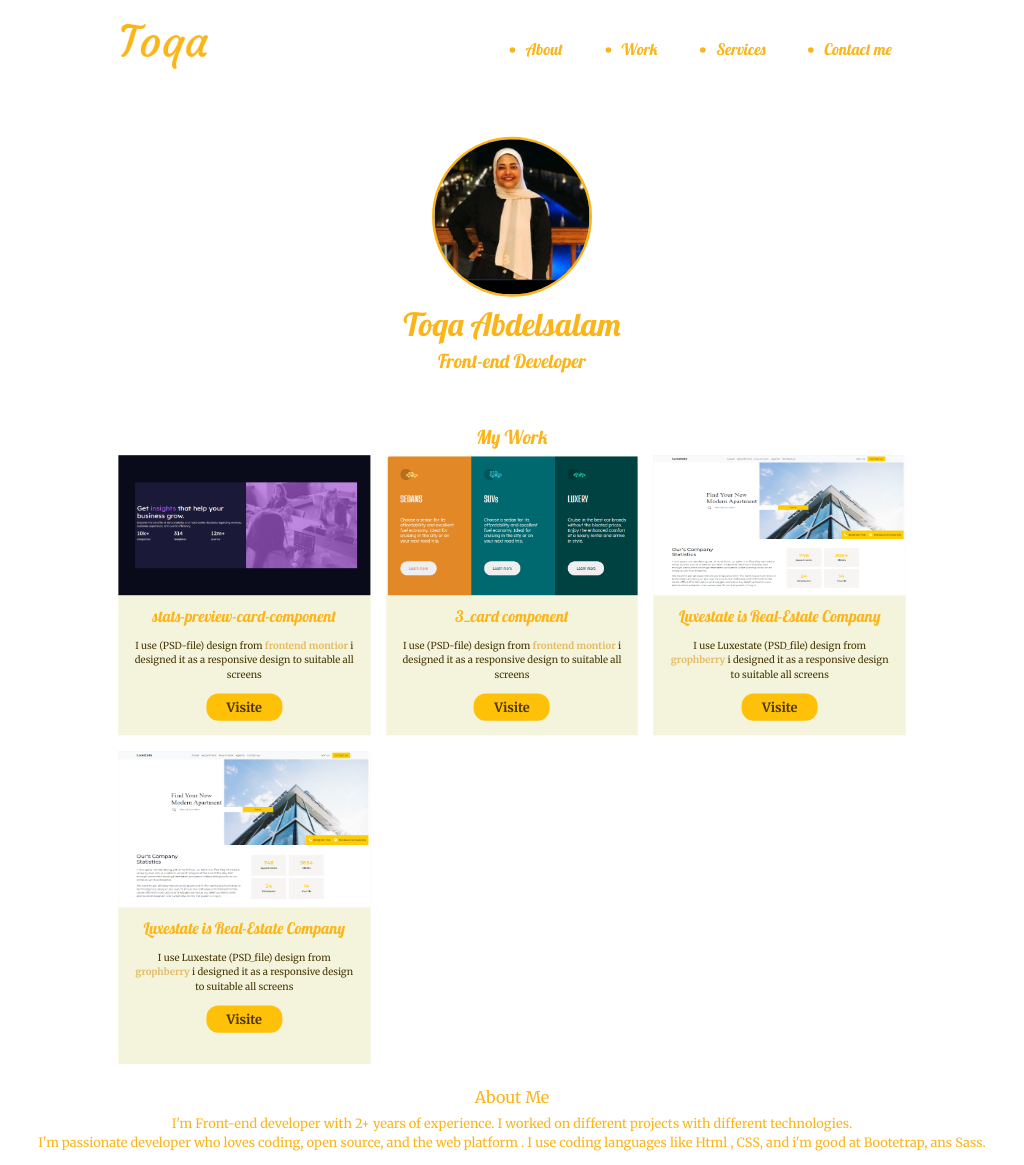
Repository: Toqa-25/portfolio
Page: index.html
The author's editor kept a copy of each file at every save. The page is drawn from the files as they stood at one save, then again after a run of saves.
The browser window is 1280 px wide. The pictures show the whole page, at 80% of full size.
Some web fonts or font styles are not loaded; a fallback is used.

Above is the page before, as saved 2021-11-01 00:41:08.

After the next 3 saves:
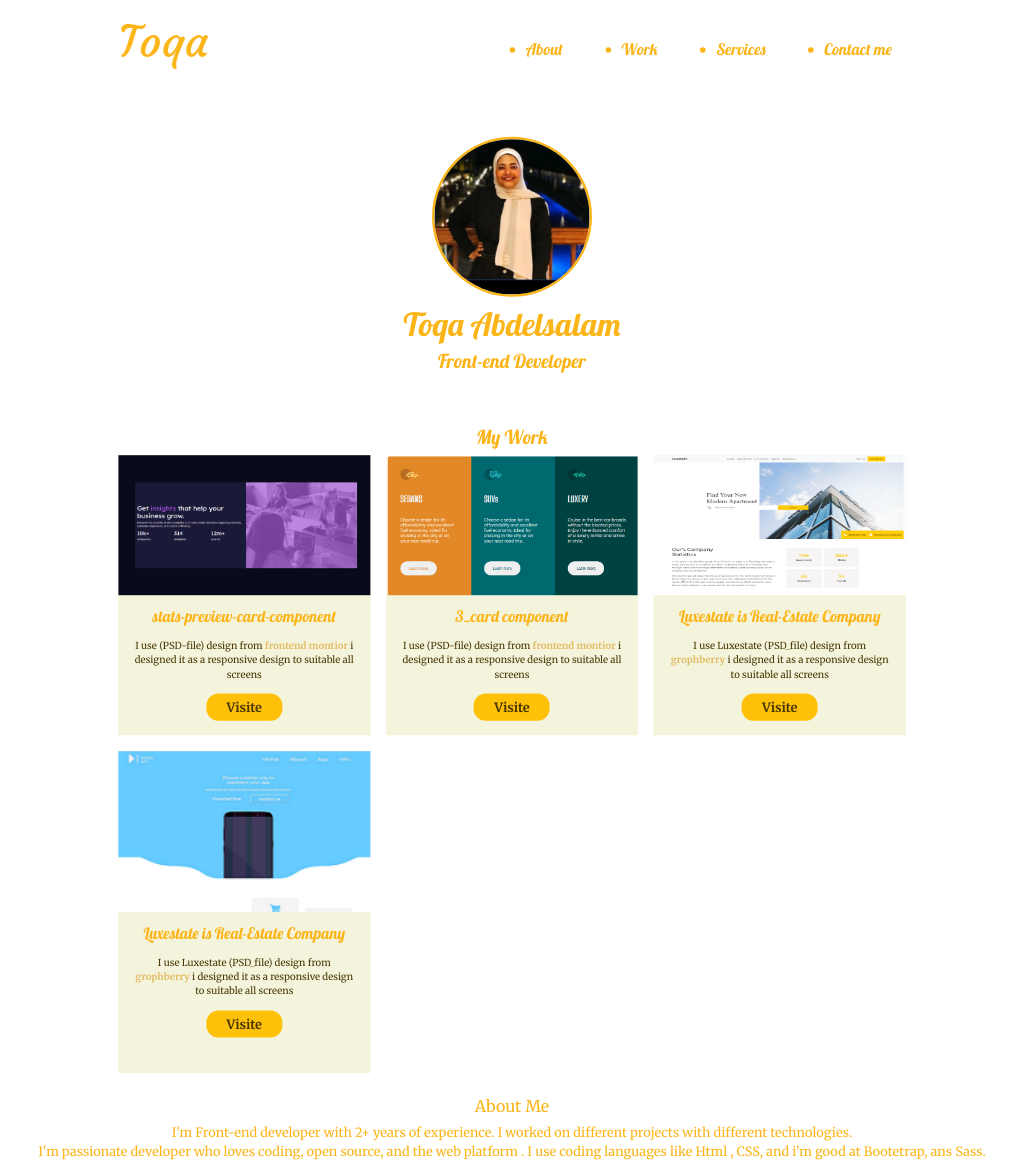
The 3 saves are shown as one change because they came seconds apart.
The last was saved 102 s later.
--- a/index.html
+++ b/index.html
@@ -111,7 +111,7 @@
  </div>
       <div class="work-card" role="menu">
         <div class="card-img">
-          <img src="images/my-work/luxestate/destop-luxestate - Copy (1).png" alt="">
+          <img src="images/my-work/vibo/Vibo_App(desktop)_toqa-25.github.io2.png" alt="">
         </div>
         <div class="card-info">
           <h5 class="card-title">Luxestate is Real-Estate Company  </h5>
